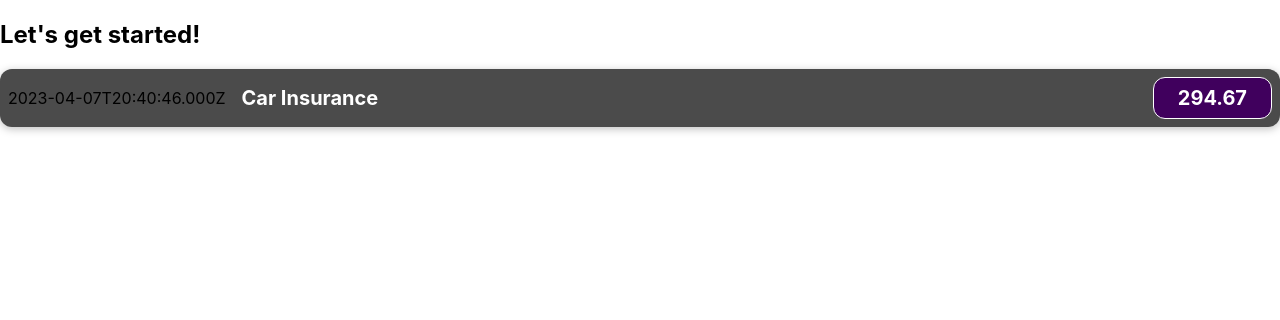
Repository: andresmazza/react-lesson
Page: /
These files come from the project's save history. The page is drawn as it stood at one moment and after the next save; the edit follows.
The browser window is 1280 px wide. The pictures show the whole page.
The project was rebuilt for these pictures with package versions that can differ from the ones it lists, and the page was loaded fresh each time. Also part of the build but not shown: src/App.css.

Above is the page before, as saved 2023-04-07 23:12:54.

### src/App.js
import logo from './logo.svg';
import './App.css';
import ExpenseItem from './components/ExpenseItem';
function App() {
  return (
    <div>
      <h2>Let's get started!</h2>
      <ExpenseItem></ExpenseItem>
    </div>
  );
}

export default App;

### src/components/ExpenseItem.js

import './ExpenseItem.css';

function ExpenseItem() {
    const expenseDate = new Date();
    const expenseTitle = 'Car Insurance';
    const expenseAmount = 294.67;

    return (
      <div className='expense-item'>
        <div>{expenseDate.toISOString()}</div>
        <div className='expense-item__description'>
            <h2>{expenseTitle}</h2>
            <div className='expense-item__price'>{expenseAmount}</div>
        </div>
      </div>
    );
  }

export default ExpenseItem;

### src/components/ExpenseItem.css
.expense-item {
  display: flex;
  justify-content: space-between;
  align-items: center;
  box-shadow: 0 2px 8px rgba(0, 0, 0, 0.25);
  padding: 0.5rem;
  margin: 1rem 0;
  border-radius: 12px;
  background-color: #4b4b4b;
}

.expense-item__description {
  display: flex;
  flex-direction: column;
  gap: 1rem;
  align-items: flex-end;
  flex-flow: column-reverse;
  justify-content: flex-start;
  flex: 1;
}

.expense-item h2 {
  color: #3a3a3a;
  font-size: 1rem;
  flex: 1;
  margin: 0 1rem;
  color: white;
}

.expense-item__price {
  font-size: 1rem;
  font-weight: bold;
  color: white;
  background-color: #40005d;
  border: 1px solid white;
  padding: 0.5rem;
  border-radius: 12px;
}

@media (min-width: 580px) {
  .expense-item__description {
    flex-direction: row;
    align-items: center;
    justify-content: flex-start;
    flex: 1;
  }

  .expense-item__description h2 {
    font-size: 1.25rem;
  }

  .expense-item__price {
    font-size: 1.25rem;
    padding: 0.5rem 1.5rem;
  }
}

Loaded but not shown: public/index.html (common file); src/index.js (common file); src/index.css (common file); src/reportWebVitals.js (common file)

After the next save:
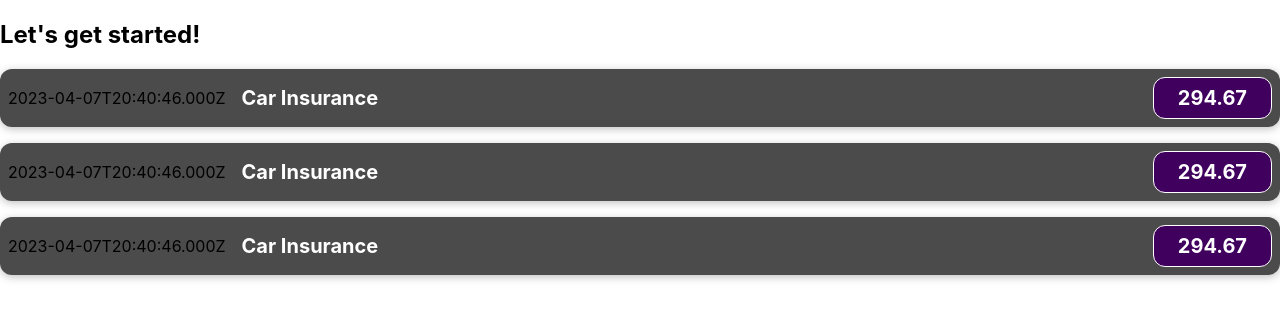
Saved 108 s later.
--- a/src/App.js
+++ b/src/App.js
@@ -6,6 +6,8 @@ function App() {
     <div>
       <h2>Let's get started!</h2>
       <ExpenseItem></ExpenseItem>
+      <ExpenseItem></ExpenseItem>
+      <ExpenseItem></ExpenseItem>
     </div>
   );
 }
